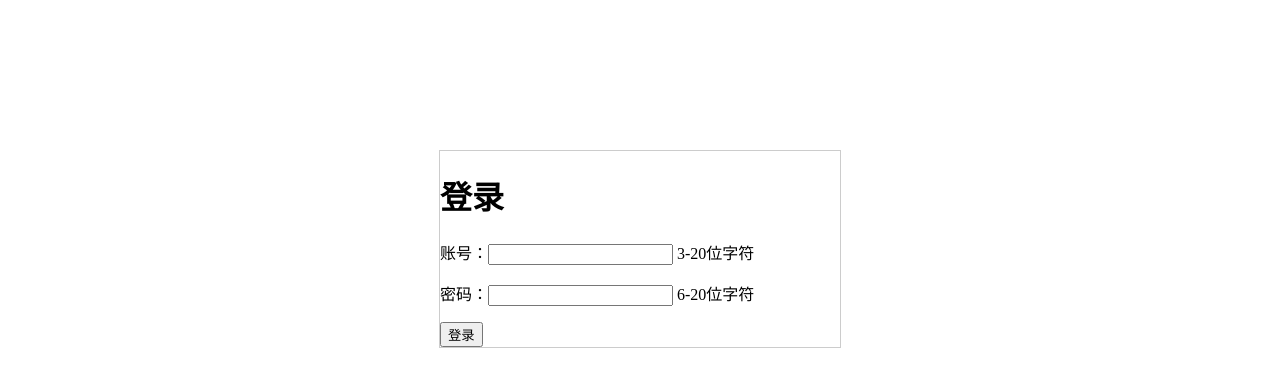
Repository: MasterKweng/workspace
Page: WebBasic/WebContent/day03 js/loginandout.html
These files come from the project's save history. The page is drawn as it stood at one moment and after the next save; the edit follows.
The browser window is 1280 px wide. The pictures show the whole page.

Above is the page before, as saved 2018-01-10 03:36:48.

After the next save:
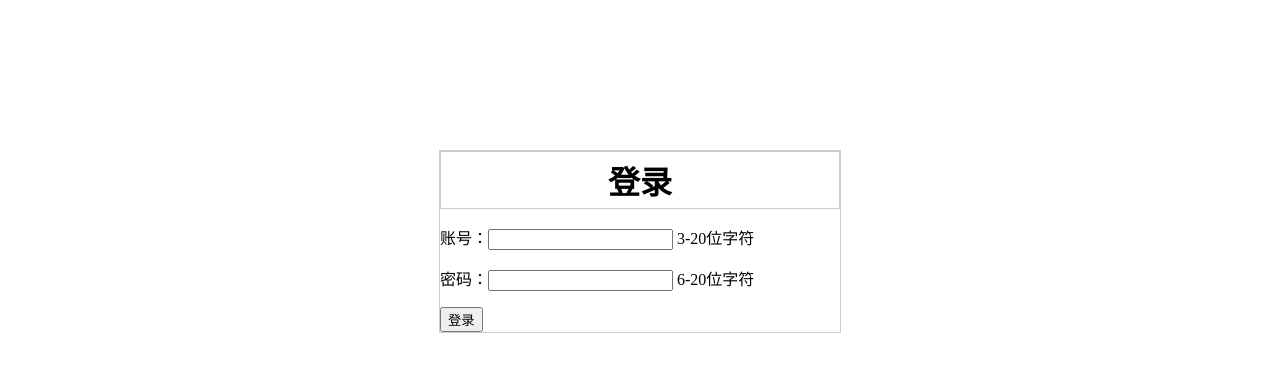
Saved 9 min 38 s later.
--- a/WebBasic/WebContent/day03 js/loginandout.html
+++ b/WebBasic/WebContent/day03 js/loginandout.html
@@ -7,6 +7,12 @@
 			form{
 				width:400px;
 				margin:150px auto;
+				border:1px solid #ccc;
+			}
+			h1 {
+				text-align:center;
+				margin:0;
+				padding:5px;
 				border:1px solid #ccc;
 			}
 		</style>
